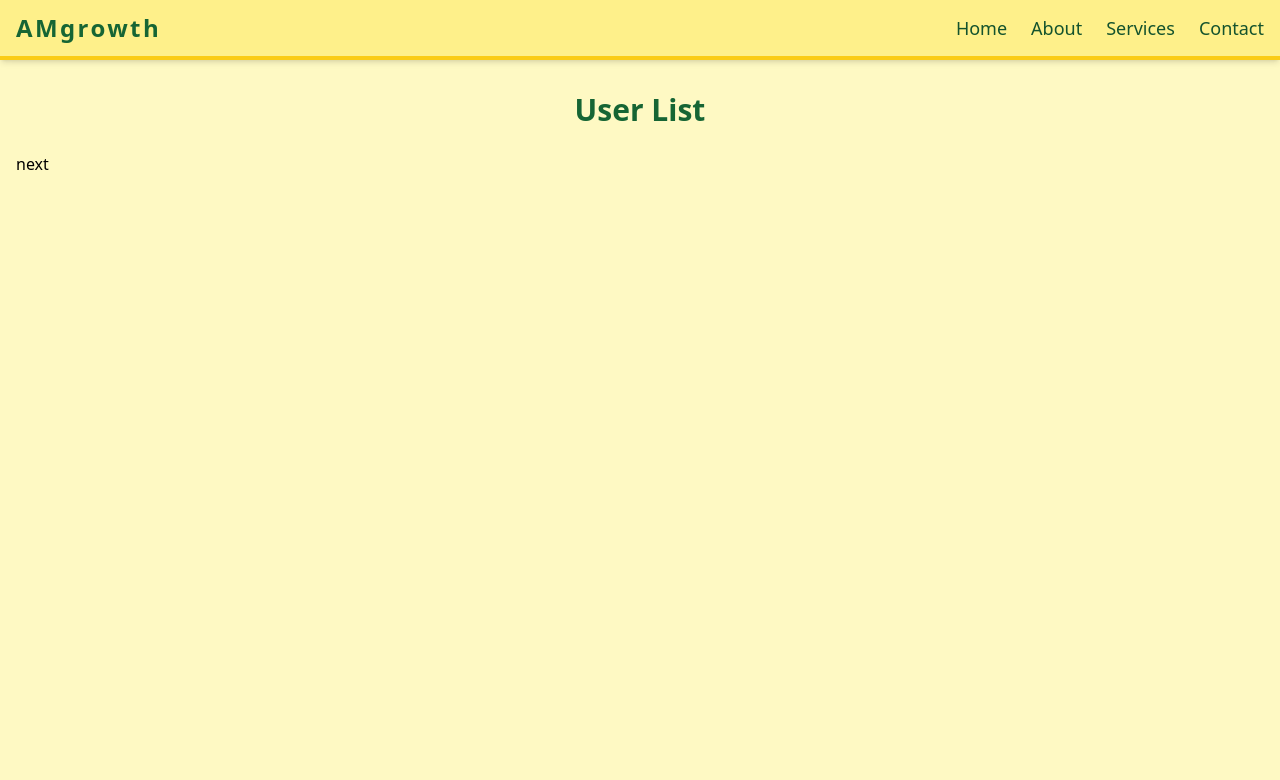
Repository: ArievfRahman-Dev/Mini-Project-II
Page: / (app in miniproject2/)
An editor plug-in stored every save of this project. The page is shown before and after the next save, followed by the edit.
The browser window is 1280 px wide. The pictures show the whole page.
The page's requests for data from a server got no answer. The project was rebuilt for these pictures with package versions that can differ from the ones it lists, and the page was loaded fresh each time. No one was signed in, and anything a server would have sent is missing. Also part of the build but not shown: miniproject2/vite.config.js, miniproject2/src/pages/DetailUser/index.jsx.

Above is the page before, as saved 2024-12-16 16:41:18.

### miniproject2/index.html
<!DOCTYPE html>
<html lang="en">
  <head>
    <meta charset="UTF-8" />
    <link rel="icon" type="image/svg+xml" href="/vite.svg" />
    <meta name="viewport" content="width=device-width, initial-scale=1.0" />
    <title>Vite + React</title>
    <link
      href="https://cdn.jsdelivr.net/npm/remixicon/fonts/remixicon.css"
      rel="stylesheet"
    />
  </head>
  <body>
    <div id="root"></div>
    <script type="module" src="/src/main.jsx"></script>
  </body>
</html>

### miniproject2/src/App.jsx
import { BrowserRouter, Routes, Route } from "react-router-dom";
import { HomePage } from "./pages/HomePage";
import { DetailUser } from "./pages/DetailUser";

export const App = () => {
  return (
    <div>
      <BrowserRouter>
        <Routes>
          <Route path="/" element={<HomePage />} />
          <Route path="detail/:id" element={<DetailUser />} />
        </Routes>
      </BrowserRouter>
    </div>
  );
};

### miniproject2/src/pages/HomePage/index.jsx
import { Navbar } from "../../components/Navbar";
import { useState, useEffect } from "react";
import axios from "axios";
import { Link } from "react-router-dom";
export const HomePage = () => {
  const [data, setData] = useState([]);
  let [page, setPage] = useState(1);

  console.log(page);
  const getData = async () => {
    try {
      const res = await axios.get(`https://reqres.in/api/users?page=${page}`);
      console.log(res.data.data);
      setData(res.data.data);
    } catch (error) {
      console.log(error);
    }
  };
  const handleNext = () => {
    setPage((page += 1));
  };
  useEffect(() => {
    getData();
  }, []);
  useEffect(() => {
    getData();
  }, [page]);
  return (
    <div>
      <Navbar />
      <div className="bg-yellow-100 min-h-screen py-8">
        <div className="container mx-auto px-4">
          <h1 className="text-3xl font-bold text-green-800 retro-font mb-6 text-center">
            User List
          </h1>
          <button onClick={handleNext}>next</button>
          <div className="grid grid-cols-1 sm:grid-cols-2 md:grid-cols-3 gap-6">
            {data.map((user) => (
              <div
                key={user.id}
                className="bg-yellow-200 border-2 border-yellow-400 shadow-lg rounded-lg p-4 flex flex-col items-center text-center"
              >
                <img
                  src={user.avatar}
                  alt="User Avatar"
                  className="w-24 h-24 rounded-full border-4 border-green-800 mb-4"
                />
                <p className="text-lg font-bold text-green-900 retro-font">
                  {user.first_name} {user.last_name}
                </p>
                <p className="text-green-800">{user.email}</p>
                <Link to={`/detail/${user.id}`}>
                  <button className=" mt-2 px-4 py-1 font-semibold text-yellow-100 transition-colors bg-green-600 rounded-lg hover:bg-green-800 retro-font shadow-lg">
                    Detail User
                  </button>
                </Link>
              </div>
            ))}
          </div>
        </div>
      </div>
    </div>
  );
};

### miniproject2/src/components/Navbar/index.jsx
export const Navbar = () => {
  return (
    <nav className="sticky top-0 z-50  bg-yellow-200 border-b-4 border-yellow-400 shadow-md">
      <div className="container mx-auto px-4 py-3 flex justify-between items-center">
        <a
          href="#"
          className="text-2xl font-bold text-green-800 retro-font tracking-widest"
        >
          AMgrowth
        </a>
        <div className="hidden md:flex space-x-6">
          <a
            href="#"
            className="text-green-900 hover:text-yellow-700 font-medium text-lg"
          >
            Home
          </a>
          <a
            href="#"
            className="text-green-900 hover:text-yellow-700 font-medium text-lg"
          >
            About
          </a>
          <a
            href="#"
            className="text-green-900 hover:text-yellow-700 font-medium text-lg"
          >
            Services
          </a>
          <a
            href="#"
            className="text-green-900 hover:text-yellow-700 font-medium text-lg"
          >
            Contact
          </a>
        </div>
      </div>
    </nav>
  );
};

Loaded but not shown: miniproject2/src/main.jsx (common file); miniproject2/src/index.css (common file); miniproject2/tailwind.config.js (common file)

After the next save:
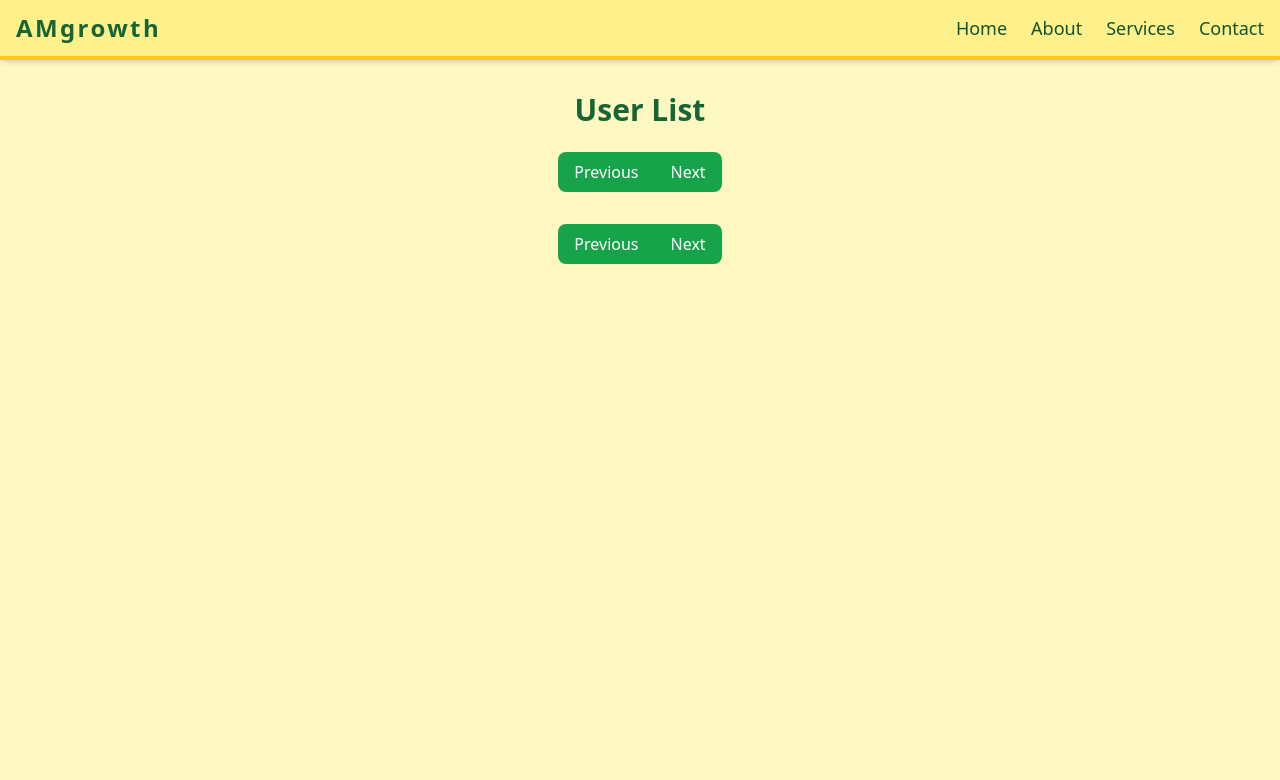
Saved 3 min 17 s later.
--- a/miniproject2/src/pages/HomePage/index.jsx
+++ b/miniproject2/src/pages/HomePage/index.jsx
@@ -2,29 +2,43 @@
 import { useState, useEffect } from "react";
 import axios from "axios";
 import { Link } from "react-router-dom";
+
 export const HomePage = () => {
   const [data, setData] = useState([]);
-  let [page, setPage] = useState(1);
+  const [page, setPage] = useState(1);
+  const [totalPages, setTotalPages] = useState(0);
 
-  console.log(page);
+  // Mengambil data pengguna
   const getData = async () => {
     try {
       const res = await axios.get(`https://reqres.in/api/users?page=${page}`);
-      console.log(res.data.data);
+      console.log(res.data);
       setData(res.data.data);
+      setTotalPages(res.data.total_pages); // Menyimpan total halaman
     } catch (error) {
       console.log(error);
     }
   };
+
+  // Mengubah halaman ke halaman berikutnya
   const handleNext = () => {
-    setPage((page += 1));
+    if (page < totalPages) {
+      setPage(page + 1);
+    }
   };
-  useEffect(() => {
-    getData();
-  }, []);
+
+  // Mengubah halaman ke halaman sebelumnya
+  const handlePrev = () => {
+    if (page > 1) {
+      setPage(page - 1);
+    }
+  };
+
+  // Memanggil fungsi untuk mengambil data ketika halaman berubah
   useEffect(() => {
     getData();
   }, [page]);
+
   return (
     <div>
       <Navbar />
@@ -33,7 +47,26 @@
           <h1 className="text-3xl font-bold text-green-800 retro-font mb-6 text-center">
             User List
           </h1>
-          <button onClick={handleNext}>next</button>
+
+          {/* Menampilkan tombol Pagination */}
+          <div className="flex justify-center mb-4">
+            <button
+              onClick={handlePrev}
+              disabled={page === 1}
+              className="px-4 py-2 bg-green-600 text-white rounded-l-lg hover:bg-green-700"
+            >
+              Previous
+            </button>
+            <button
+              onClick={handleNext}
+              disabled={page === totalPages}
+              className="px-4 py-2 bg-green-600 text-white rounded-r-lg hover:bg-green-700"
+            >
+              Next
+            </button>
+          </div>
+
+          {/* Menampilkan pengguna dalam grid dengan 3 pengguna per halaman */}
           <div className="grid grid-cols-1 sm:grid-cols-2 md:grid-cols-3 gap-6">
             {data.map((user) => (
               <div
@@ -57,6 +90,24 @@
               </div>
             ))}
           </div>
+
+          {/* Menampilkan tombol Pagination lagi */}
+          <div className="flex justify-center mt-4">
+            <button
+              onClick={handlePrev}
+              disabled={page === 1}
+              className="px-4 py-2 bg-green-600 text-white rounded-l-lg hover:bg-green-700"
+            >
+              Previous
+            </button>
+            <button
+              onClick={handleNext}
+              disabled={page === totalPages}
+              className="px-4 py-2 bg-green-600 text-white rounded-r-lg hover:bg-green-700"
+            >
+              Next
+            </button>
+          </div>
         </div>
       </div>
     </div>

After the save that followed:
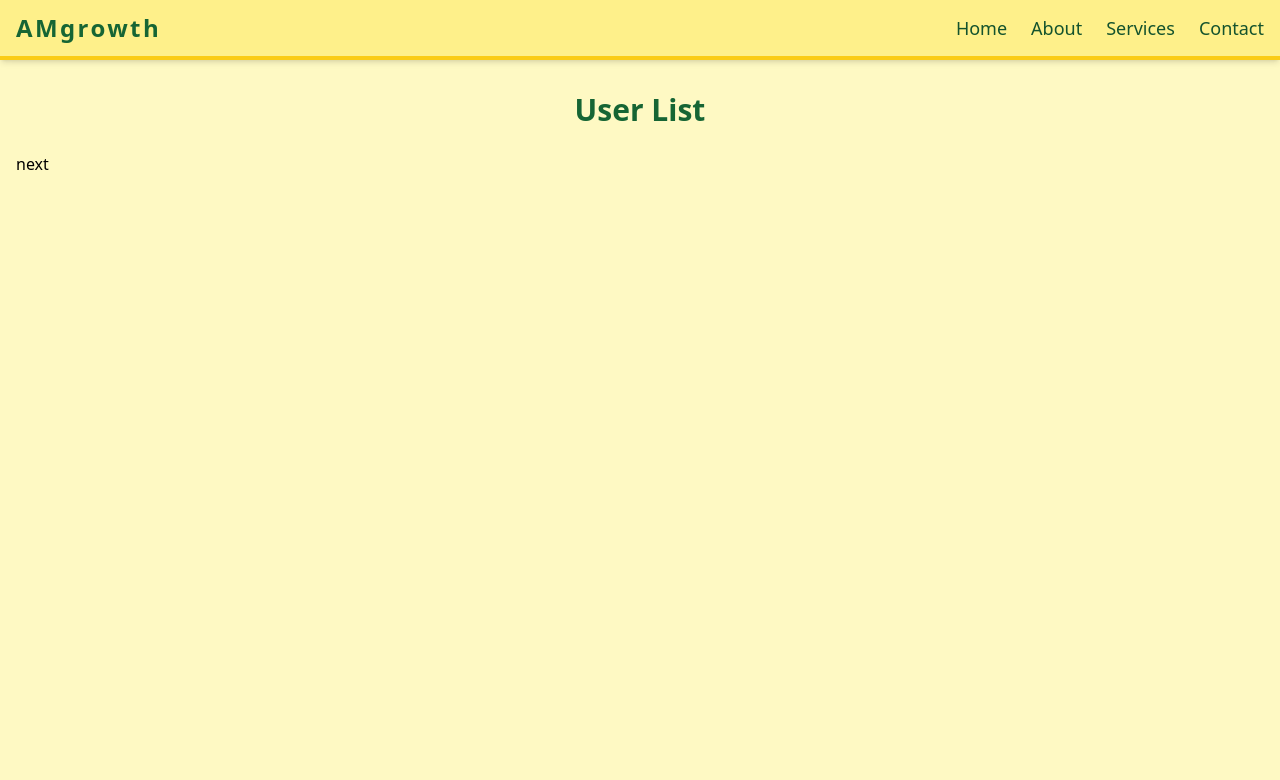
Saved 97 s later.
--- a/miniproject2/src/pages/HomePage/index.jsx
+++ b/miniproject2/src/pages/HomePage/index.jsx
@@ -2,43 +2,29 @@
 import { useState, useEffect } from "react";
 import axios from "axios";
 import { Link } from "react-router-dom";
-
 export const HomePage = () => {
   const [data, setData] = useState([]);
-  const [page, setPage] = useState(1);
-  const [totalPages, setTotalPages] = useState(0);
+  let [page, setPage] = useState(1);
 
-  // Mengambil data pengguna
+  console.log(page);
   const getData = async () => {
     try {
       const res = await axios.get(`https://reqres.in/api/users?page=${page}`);
-      console.log(res.data);
+      console.log(res.data.data);
       setData(res.data.data);
-      setTotalPages(res.data.total_pages); // Menyimpan total halaman
     } catch (error) {
       console.log(error);
     }
   };
-
-  // Mengubah halaman ke halaman berikutnya
   const handleNext = () => {
-    if (page < totalPages) {
-      setPage(page + 1);
-    }
+    setPage((page += 1));
   };
-
-  // Mengubah halaman ke halaman sebelumnya
-  const handlePrev = () => {
-    if (page > 1) {
-      setPage(page - 1);
-    }
-  };
-
-  // Memanggil fungsi untuk mengambil data ketika halaman berubah
+  useEffect(() => {
+    getData();
+  }, []);
   useEffect(() => {
     getData();
   }, [page]);
-
   return (
     <div>
       <Navbar />
@@ -47,26 +33,7 @@
           <h1 className="text-3xl font-bold text-green-800 retro-font mb-6 text-center">
             User List
           </h1>
-
-          {/* Menampilkan tombol Pagination */}
-          <div className="flex justify-center mb-4">
-            <button
-              onClick={handlePrev}
-              disabled={page === 1}
-              className="px-4 py-2 bg-green-600 text-white rounded-l-lg hover:bg-green-700"
-            >
-              Previous
-            </button>
-            <button
-              onClick={handleNext}
-              disabled={page === totalPages}
-              className="px-4 py-2 bg-green-600 text-white rounded-r-lg hover:bg-green-700"
-            >
-              Next
-            </button>
-          </div>
-
-          {/* Menampilkan pengguna dalam grid dengan 3 pengguna per halaman */}
+          <button onClick={handleNext}>next</button>
           <div className="grid grid-cols-1 sm:grid-cols-2 md:grid-cols-3 gap-6">
             {data.map((user) => (
               <div
@@ -90,24 +57,6 @@
               </div>
             ))}
           </div>
-
-          {/* Menampilkan tombol Pagination lagi */}
-          <div className="flex justify-center mt-4">
-            <button
-              onClick={handlePrev}
-              disabled={page === 1}
-              className="px-4 py-2 bg-green-600 text-white rounded-l-lg hover:bg-green-700"
-            >
-              Previous
-            </button>
-            <button
-              onClick={handleNext}
-              disabled={page === totalPages}
-              className="px-4 py-2 bg-green-600 text-white rounded-r-lg hover:bg-green-700"
-            >
-              Next
-            </button>
-          </div>
         </div>
       </div>
     </div>
